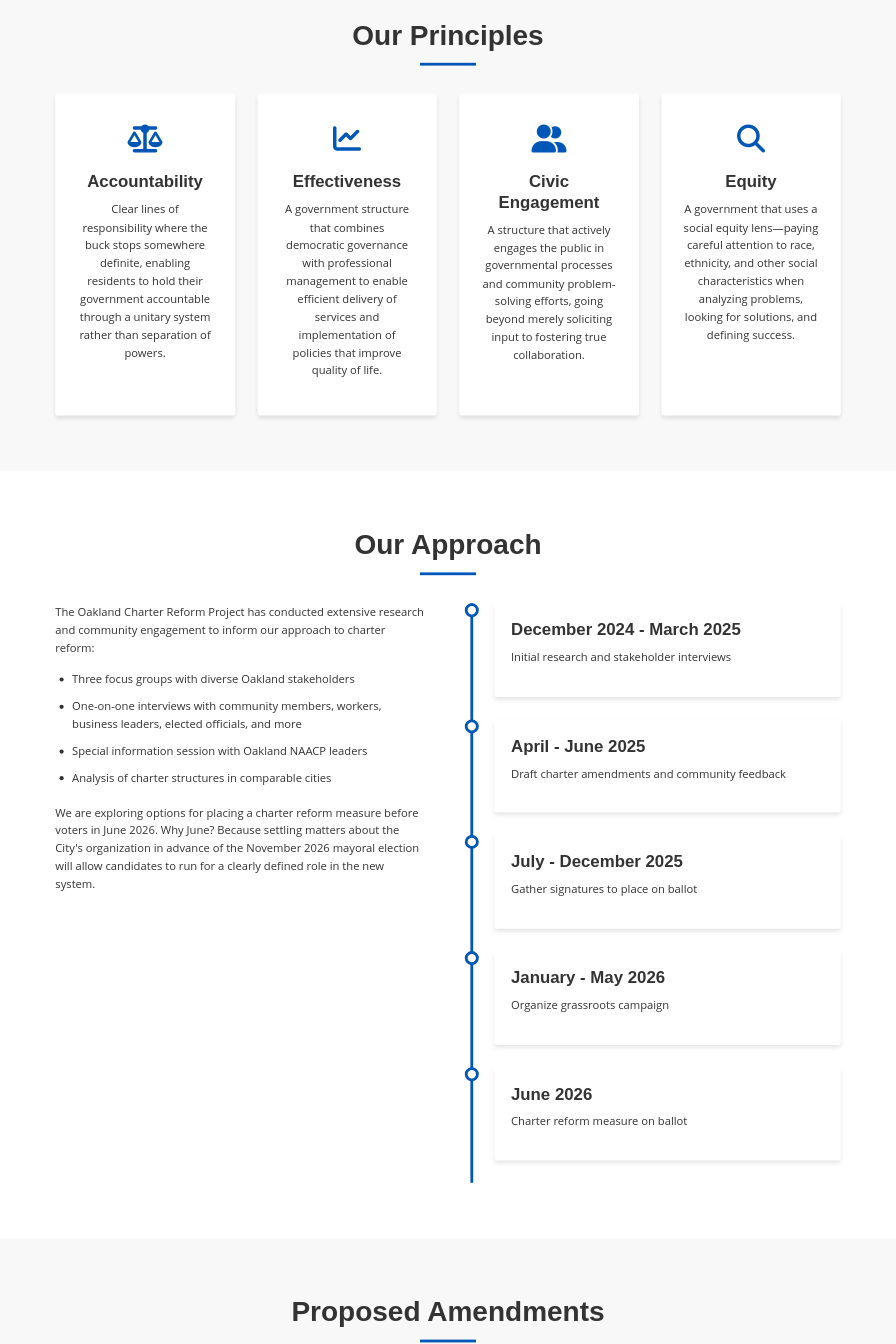
Repository: bgould132/oaklandcharterreform
Page: index.html
An editor plug-in stored every save of this project. The page is shown before and after the next save, followed by the edit.
The browser window is 1280 px wide. The pictures show the part of the page from y = 1584 to 3504 px (the page is 6010 px tall before and 5458 px after), at 70% of full size.

Above is the page before, as saved 2025-04-07 10:45:49.

After the next save:
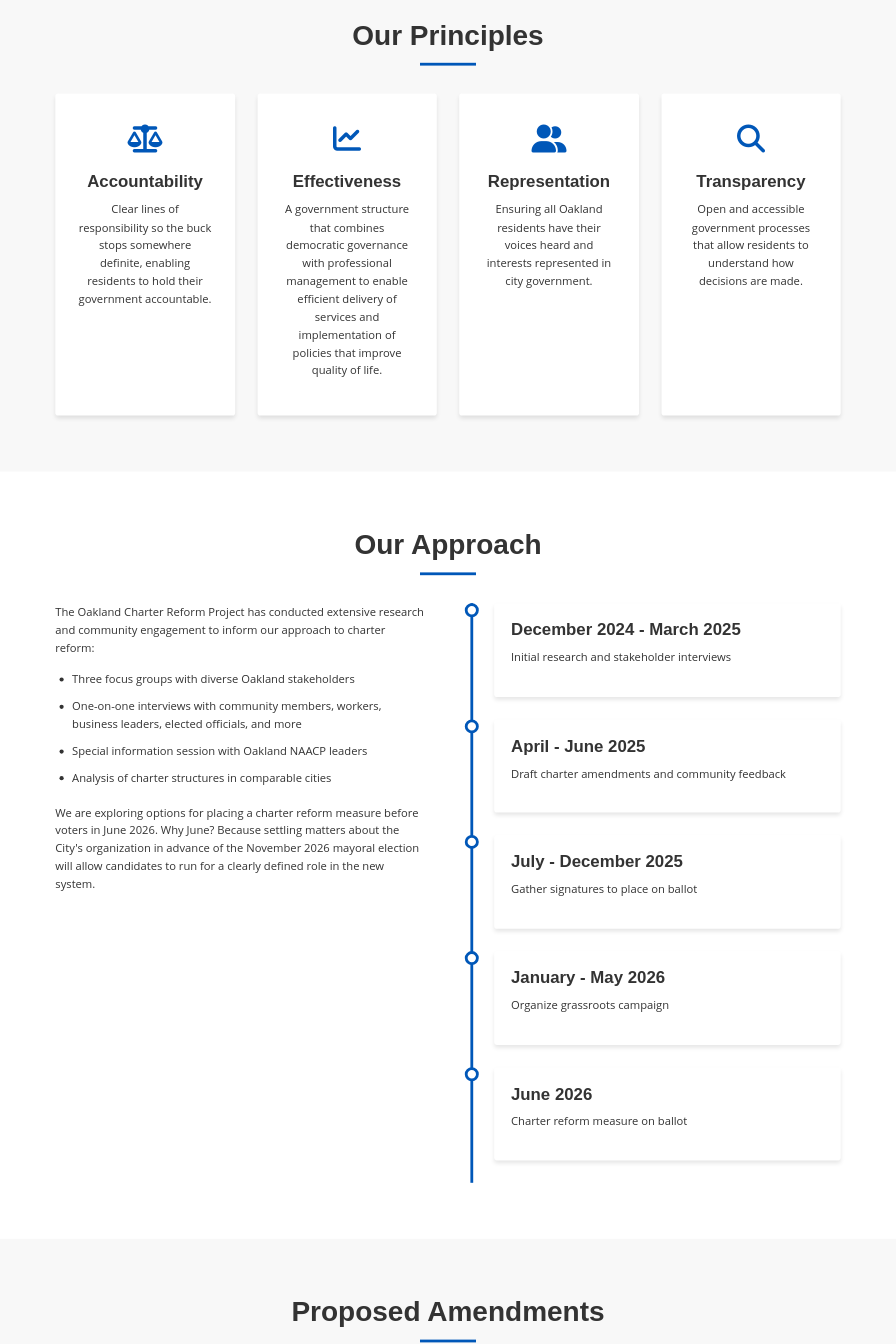
Saved 24 h 3 min later.
--- a/index.html
+++ b/index.html
@@ -90,7 +90,7 @@
                             <i class="fas fa-balance-scale"></i>
                         </div>
                         <h3>Accountability</h3>
-                        <p>Clear lines of responsibility where the buck stops somewhere definite, enabling residents to hold their government accountable through a unitary system rather than separation of powers.</p>
+                        <p>Clear lines of responsibility so the buck stops somewhere definite, enabling residents to hold their government accountable.</p>
                     </div>
                     <div class="principle-card">
                         <div class="principle-icon">
@@ -103,15 +103,15 @@
                         <div class="principle-icon">
                             <i class="fas fa-user-friends"></i>
                         </div>
-                        <h3>Civic Engagement</h3>
-                        <p>A structure that actively engages the public in governmental processes and community problem-solving efforts, going beyond merely soliciting input to fostering true collaboration.</p>
+                        <h3>Representation</h3>
+                        <p>Ensuring all Oakland residents have their voices heard and interests represented in city government.</p>
                     </div>
                     <div class="principle-card">
                         <div class="principle-icon">
                             <i class="fas fa-search"></i>
                         </div>
-                        <h3>Equity</h3>
-                        <p>A government that uses a social equity lens—paying careful attention to race, ethnicity, and other social characteristics when analyzing problems, looking for solutions, and defining success.</p>
+                        <h3>Transparency</h3>
+                        <p>Open and accessible government processes that allow residents to understand how decisions are made.</p>
                     </div>
                 </div>
             </div>
@@ -198,27 +198,7 @@
                             <p>Currently, Oakland's city attorney is independently elected, creating potential conflicts between serving voters' interests and the municipal corporation's needs. We propose:</p>
                             <ul class="amendment-list">
                                 <li>Changing to an appointed city attorney who is hired by and answers to the City Council</li>
-                                <li>Ensuring the city attorney views the City Council and city manager as their client</li>
-                            </ul>
-                        </div>
-
-                        <div class="amendment-card">
-                            <h3>Enhanced Civic Engagement</h3>
-                            <p>The Model City Charter emphasizes that civic engagement should go beyond traditional methods of public participation. We propose:</p>
-                            <ul class="amendment-list">
-                                <li>Establishing mechanisms for incorporating a full range of residents in governmental processes</li>
-                                <li>Creating collaborative partnerships with residents in decision-making</li>
-                                <li>Leveraging the city's unique institutional mediating structures to address community problems</li>
-                            </ul>
-                        </div>
-
-                        <div class="amendment-card">
-                            <h3>Social Equity Provisions</h3>
-                            <p>In line with the Model City Charter's emphasis on equity, we propose:</p>
-                            <ul class="amendment-list">
-                                <li>Requirements to use a social equity lens throughout local government operations</li>
-                                <li>Mechanisms to address disparities in access to services and quality of services</li>
-                                <li>Structures that promote inclusive representation of all Oakland residents</li>
+                                <li>Ensuring the city attorney views the City Council and City Administrator as their client</li>
                             </ul>
                         </div>
 
